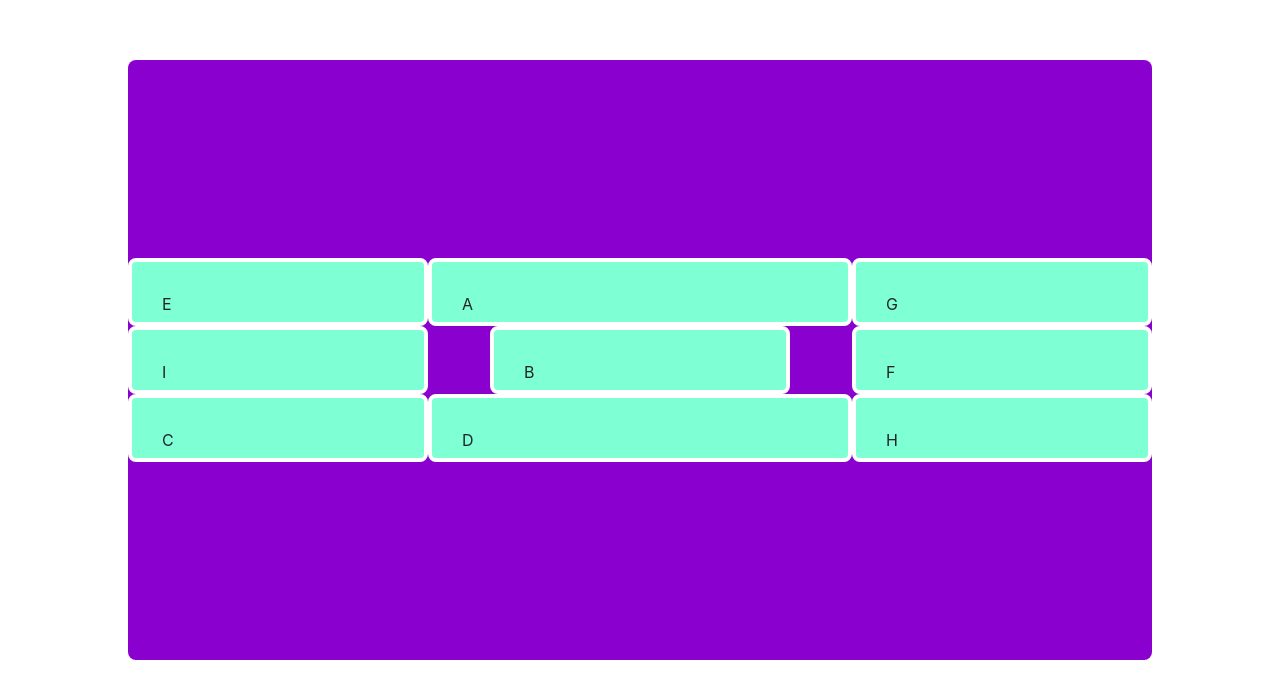
Repository: alessandradiamantino/Curso-Front-End-Design
Page: 1 - Introdução ao HTML e CSS/3 - Layouts, Grids e Flexbox/Bootstrap Grid system/index.html
An editor plug-in stored every save of this project. The page is shown before and after the next save, followed by the edit.
The browser window is 1280 px wide. The pictures show the whole page.

Above is the page before, as saved 2023-04-24 13:51:38.

### 1 - Introdução ao HTML e CSS/3 - Layouts, Grids e Flexbox/Bootstrap Grid system/index.html
<!DOCTYPE html>
<html lang="en">
<head>
  <meta charset="UTF-8">
  <meta http-equiv="X-UA-Compatible" content="IE=edge">
  <meta name="viewport" content="width=device-width, initial-scale=1.0">
  <link rel="stylesheet" href="css/bootstrap.min.css">
  <link rel="stylesheet" href="css/style.css">
  <title>Document</title>
</head>

<body>
 <!--
  <div class="my-box container justify-content-center"> <!-- container responsivo
  <div class="row">
    <div class="col-sm- col-lg-3 div-1">DIV 1</div>
    <div class="col-sm- col-lg-2 div-2">DIV 2</div>
    <div class="col-sm- col-lg-2 div-3">DIV 3</div>
  </div>
   </div>
-->
   <div class="my-container">
    <div class="my-item order-1 grow-2" >
      A
    </div>
    <div class="my-item order-2" >
      B
    </div>
    <div class="my-item order-3" >
      C
    </div>
    <div class="my-item order-4 grow-5" >
      D
    </div>
    <div class="my-item shrink-1">
      E
    </div>
    <div class="my-item order-2" >
      F
    </div>
    <div class="my-item order-1 shrink-5" >
      G
    </div>
    <div class="my-item order-4" >
      H
    </div><div class="my-item order-1">
      I

   </div>
</body>
</html>

### 1 - Introdução ao HTML e CSS/3 - Layouts, Grids e Flexbox/Bootstrap Grid system/css/style.css
* {
  box-sizing: border-box;
}
body {
  margin: 0;
  padding: 0;
}

.my-box{
  height: 100px;
}

.my-container{
  display: flex;
  width: 80%;
  height: 600px;
  margin: 60px auto;
  background-color: #8a00cf;
  border-radius: 8px;
  /*flex-direction: row;
  flex-wrap: wrap;*/
  flex-flow: row wrap;
  justify-content: space-between;
  align-items: center;
  align-content: center;
}

.my-item {
  height: 50px;
  padding: 30px;
  background-color: aquamarine;
  border-radius: 8px;
  border: 4px solid white;
  flex-basis: 300px;
}

.order-1 {
  order: 1;
}

.order-2 {
  order: 2;
}

.order-3 {
  order: 3;
}

.order-4 {
  order: 4;
}

.grow-1{
  flex-grow: 1;
}

.grow-2{
  flex-grow: 2;
}

.grow-5{
  flex-grow: 5;
}

.shrink-1{
  flex-shrink: 1;
}

.shrink-5{
  flex-shrink: 5;
}
.my-box div {
  background-color: blueviolet;
  height: 80px;
  margin-top: 10px;
}

.my-box .div-1 {
  background-color: aquamarine;
}

.my-box .div-2 {
  background-color: bisque;
}

.my-box .div-3 {
  background-color: cornflowerblue;
}

Loaded but not shown: 1 - Introdução ao HTML e CSS/3 - Layouts, Grids e Flexbox/Bootstrap Grid system/css/bootstrap.min.css (library)

After the next save:
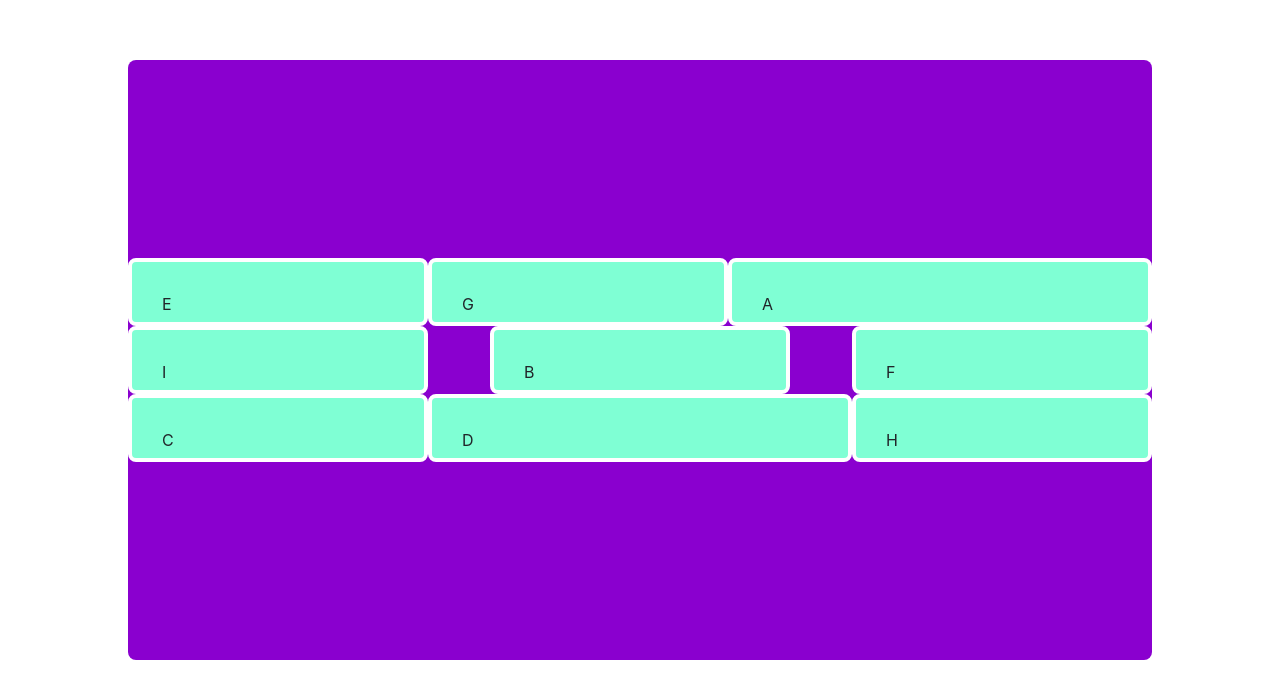
Saved 10 s later.
--- a/1 - Introdução ao HTML e CSS/3 - Layouts, Grids e Flexbox/Bootstrap Grid system/index.html
+++ b/1 - Introdução ao HTML e CSS/3 - Layouts, Grids e Flexbox/Bootstrap Grid system/index.html
@@ -38,7 +38,7 @@
     <div class="my-item order-2" >
       F
     </div>
-    <div class="my-item order-1 shrink-5" >
+    <div class="my-item shrink-5" >
       G
     </div>
     <div class="my-item order-4" >
